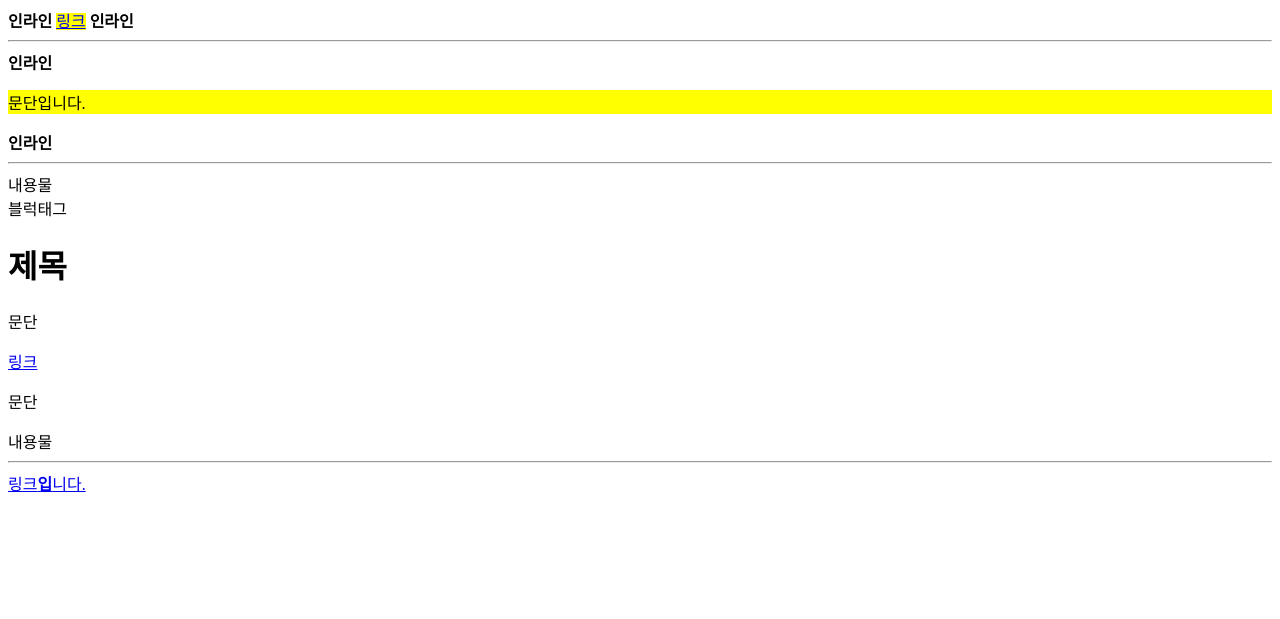
Repository: Chun0903/classStudy_github.io
Page: client/ClientTest/WebContent/ex11_tag.html
The author's editor kept a copy of each file at every save. The page is drawn from the files as they stood at one save, then again after the next save.
The browser window is 1280 px wide. The pictures show the whole page.

Above is the page before, as saved 2020-06-19 03:27:14.

After the next save:
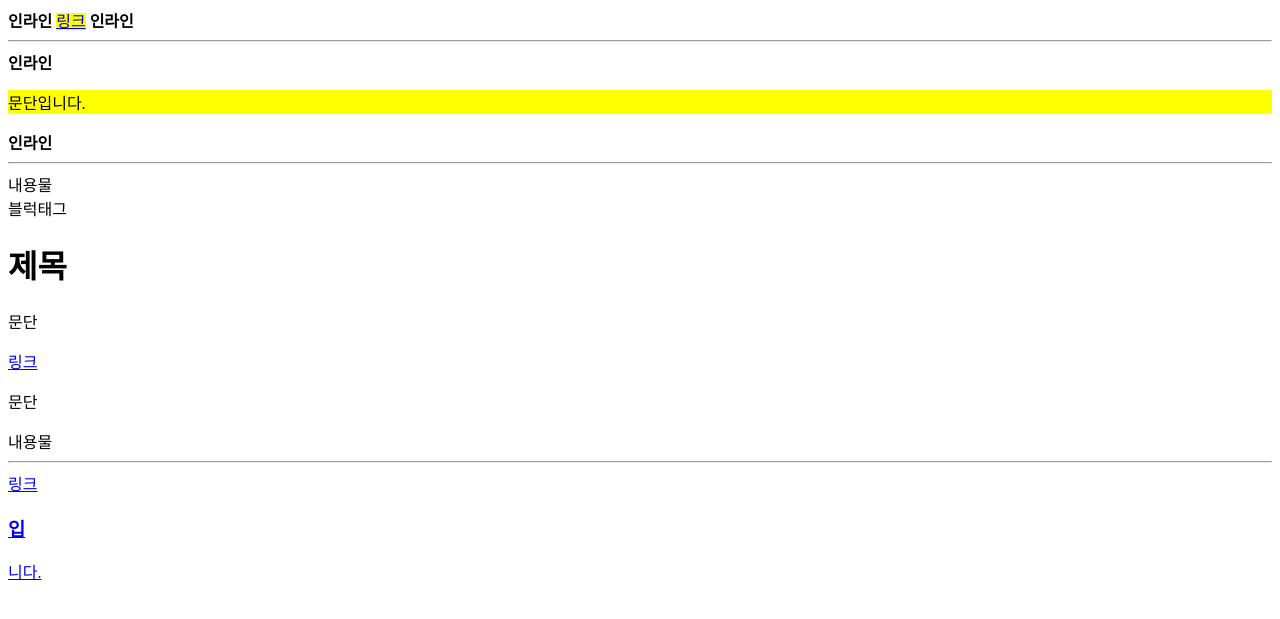
Saved 14 s later.
--- a/client/ClientTest/WebContent/ex11_tag.html
+++ b/client/ClientTest/WebContent/ex11_tag.html
@@ -57,7 +57,7 @@
 
 	<hr>
 
-	<a href="#">링크<b>입</b>니다.</a>
+	<a href="#">링크<h3>입</h3>니다.</a>
 
 
 
